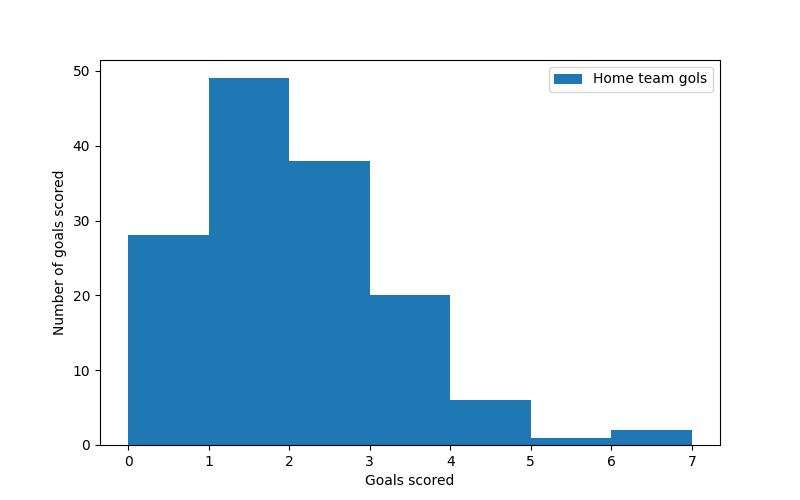
Repository: nelsonalexandrino/python_matplotlib_datavisualization_
Script's output: python Histograms.py
The author's editor kept a copy of each file at every save. The script's output is drawn from the files as they stood at one save, then again after the next save.
Random numbers start from a fixed seed.

Above is the script's output before, as saved 2019-08-25 12:49:01.

### Histograms.py
import matplotlib.pyplot as pyplot

with open('Goals.txt', 'r') as file:
    HomeTeamGoals = [int(x) for x in file.readline().strip(
        '\n').strip(' ').split(' ')]
    AwayTeamGoals = [int(x) for x in file.readline().strip(
        '\n').strip(' ').split(' ')]


pyplot.figure(figsize=(8, 5))
pyplot.hist(HomeTeamGoals, bins=range(8),
            label='Home team gols')
pyplot.legend()
pyplot.xlabel('Goals scored')
pyplot.ylabel('Number of goals scored')
pyplot.show()

### Goals.txt
6 0 2 1 2 1 2 2 2 0 1 3 0 3 1 0 4 1 3 3 6 2 0 0 4 1 2 1 1 0 1 3 0 1 1 1 3 1 3 0 2 2 2 1 2 2 1 2 1 2 1 2 4 0 1 1 2 2 2 0 2 2 0 0 2 3 2 2 3 0 3 3 0 1 0 0 2 1 1 3 1 3 1 1 0 2 0 3 3 3 2 0 0 1 4 1 0 2 1 1 2 2 0 2 1 1 2 3 1 4 4 1 2 2 2 1 0 0 5 1 1 1 0 1 1 0 2 1 3 2 1 1 1 0 1 1 3 2 1 3 1 2 1 1
0 2 1 0 0 1 1 1 2 2 0 1 2 1 0 0 4 2 0 1 0 1 4 0 1 3 0 1 0 2 5 0 0 1 3 2 1 0 3 1 3 0 1 1 1 1 1 2 0 0 2 0 0 0 1 1 2 1 1 0 1 1 1 3 0 1 1 1 3 3 1 0 0 3 2 0 0 3 2 0 0 0 1 0 3 5 2 2 1 1 3 0 1 0 2 2 1 2 2 4 1 1 0 2 1 1 1 1 3 1 0 1 1 1 3 1 2 0 0 1 0 0 1 0 0 1 2 0 1 0 1 1 0 1 2 1 0 1 2 0 1 0 1 2

After the next save:
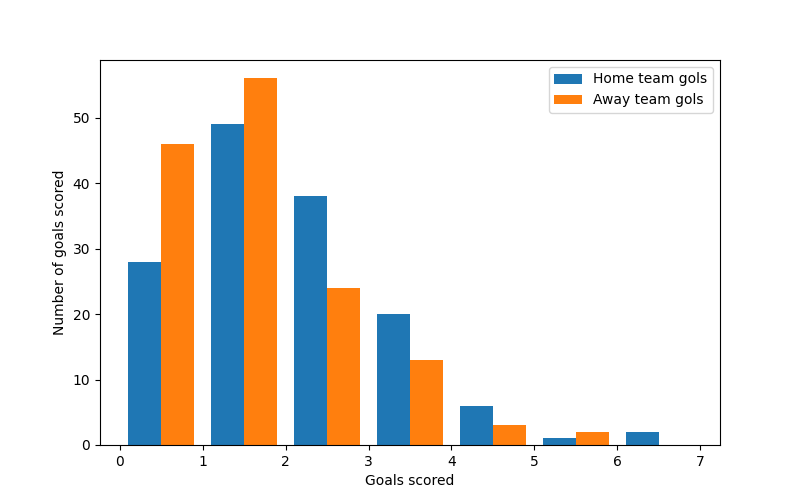
Saved 97 s later.
--- a/Histograms.py
+++ b/Histograms.py
@@ -8,8 +8,8 @@ with open('Goals.txt', 'r') as file:
 
 
 pyplot.figure(figsize=(8, 5))
-pyplot.hist(HomeTeamGoals, bins=range(8),
-            label='Home team gols')
+pyplot.hist(x=(HomeTeamGoals, AwayTeamGoals), bins=range(8),
+            label=['Home team gols', 'Away team gols'])
 pyplot.legend()
 pyplot.xlabel('Goals scored')
 pyplot.ylabel('Number of goals scored')
